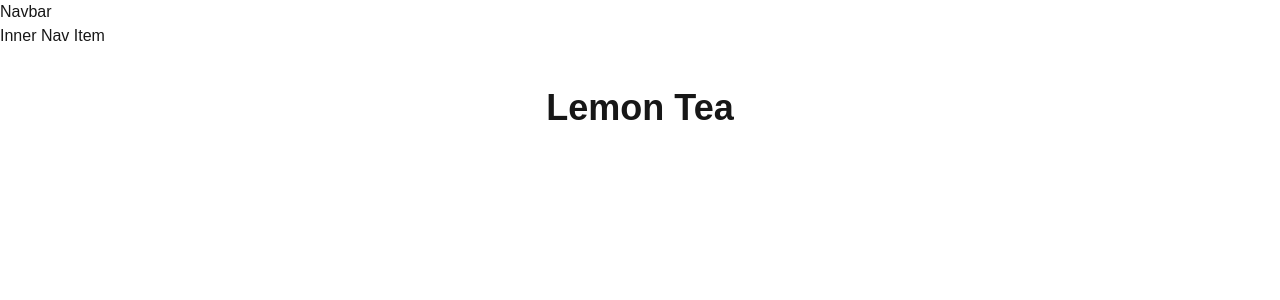
Repository: Strong02coder/Art_of_Music-Next.Js-
Page: /Chai/Lemon
These files come from the project's save history. The page is drawn as it stood at one moment and after a run of saves; the edit follows.
The browser window is 1280 px wide. The pictures show the whole page.
The project was rebuilt for these pictures with package versions that can differ from the ones it lists, and the page was loaded fresh each time. The framework's server and built-in components were replaced by stand-ins that run in the browser. Also part of the build but not shown: next.config.ts.

Above is the page before, as saved 2025-01-28 23:06:47.

After the next 2 saves:
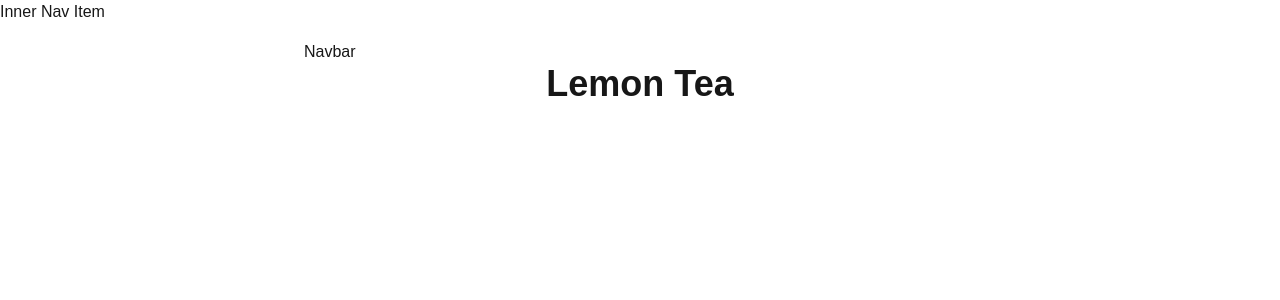
The 2 saves are shown as one change because they came seconds apart.
The last was saved 80 s later.
--- a/src/components/Navbar.tsx
+++ b/src/components/Navbar.tsx
@@ -8,7 +8,7 @@
 const Navbar = ({ className }: { className?: string }) => {
 	const [active, setActive] = useState<string | null>(null);
 	return (
-		<div>Navbar</div>
+		<div className={cn("fixed top-10 inset-x-0 max-w-2xl mx-auto z-50", className)}>Navbar</div>
 	)
 }
 
